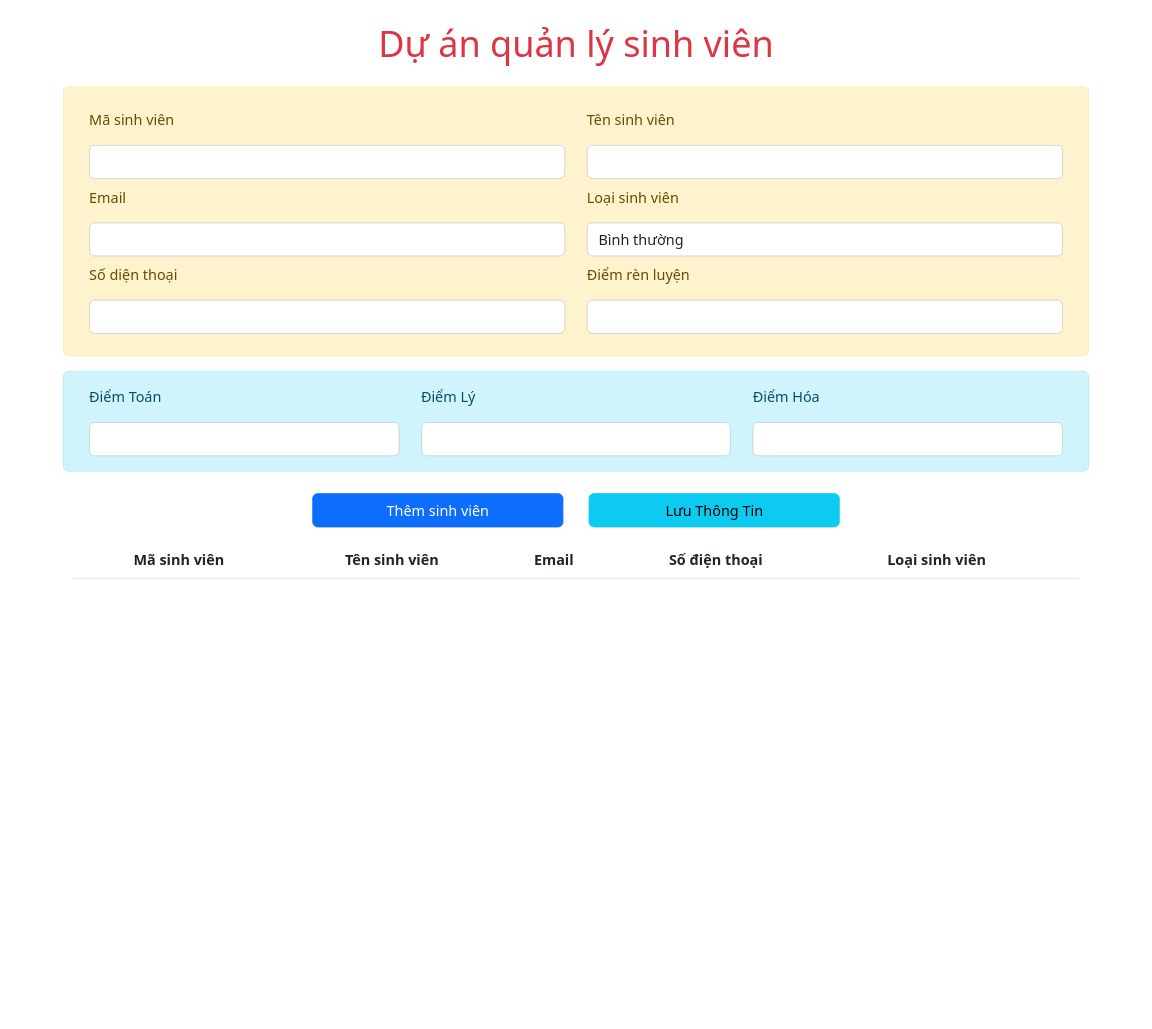
Repository: hcozyph/Cybersoft_JS_OOP
Page: index.html
An editor plug-in stored every save of this project. The page is shown before and after the next save, followed by the edit.
The browser window is 1280 px wide. The pictures show the whole page, at 90% of full size.

Above is the page before, as saved 2023-03-01 19:43:07.

### index.html
<!DOCTYPE html>
<html lang="en">
    <head>
        <title>Quản lý sinh viên</title>
        <!-- Required meta tags -->
        <meta charset="utf-8" />
        <meta
            name="viewport"
            content="width=device-width, initial-scale=1, shrink-to-fit=no"
        />

        <!-- Bootstrap CSS v5.2.1 -->
        <link
            href="https://cdn.jsdelivr.net/npm/bootstrap@5.2.1/dist/css/bootstrap.min.css"
            rel="stylesheet"
            integrity="sha384-iYQeCzEYFbKjA/T2uDLTpkwGzCiq6soy8tYaI1GyVh/UjpbCx/TYkiZhlZB6+fzT"
            crossorigin="anonymous"
        />

        <!-- index.css -->
        <link rel="stylesheet" href="./assets/styles/index.css" />
    </head>

    <body>
        <div class="container" style="margin-bottom: 500px">
            <div class="title">
                <h3 class="text-center fs-1 text-danger my-4">
                    Dự án quản lý sinh viên
                </h3>
            </div>

            <div class="content">
                <div class="row alert alert-warning">
                    <div class="col-md-6 col-lg-6">
                        <div class="form-group my-2">
                            <p>Mã sinh viên</p>
                            <input class="form-control" id="maSinhVien"></input>
                        </div>

                        <div class="form-group my-2">
                            <p>Email</p>
                            <input class="form-control" id="email"></input>
                        </div>

                        <div class="form-group my-2">
                            <p>Số diện thoại</p>
                            <input class="form-control" id="soDienThoai"></input>
                        </div>
                    </div>

                    <div class="col-md-6 col-lg-6">
                        <div class="form-group my-2">
                            <p>Tên sinh viên</p>
                            <input class="form-control" id="tenSinhVien"></input>
                        </div>

                        <div class="form-group my-2">
                            <p>Loại sinh viên</p>
                            <select class="form-control" id="loaiSinhVien">
                                <option value="Bình thường">Bình thường</option>
                                <option value="Khó khăn">Khó khăn</option>
                            </select>
                        </div>

                        <div class="form-group my-2">
                            <p>Điểm rèn luyện</p>
                            <input type="number" class="form-control" id="diemRenLuyen">
                        </div>
                    </div>
                </div>

                <div class="alert alert-info row mt-2">
                    <div class="col-md-4">
                        <p>Điểm Toán</p>
                        <input type="number" id="diemToan" class="form-control" >
                    </div>
                    <div class="col-md-4">
                        <p>Điểm Lý</p>
                        <input type="number" id="diemLy" class="form-control" >
                    </div>
                    <div class="col-md-4">
                        <p>Điểm Hóa</p>
                        <input type="number" id="diemHoa" class="form-control" >
                    </div>
                </div>

                <div class="my-2 text-center">
                    <button class="btn btn-primary my-2 w-25 w-lg-25" id="btnThemSinhVien">Thêm sinh viên</button>
                    <button class="btn btn-info w-25 ms-4" id="btnLuuThongTin">Lưu Thông Tin</button>
                </div>

                <table class="table mt-2">
                    <thead>
                        <tr style="    vertical-align: baseline; text-align: center;">
                            <th>Mã sinh viên</th>
                            <th>Tên sinh viên</th>
                            <th>Email</th>
                            <th>Số điện thoại</th>
                            <th>Loại sinh viên</th>
                            <th></th>
                        </tr>
                    </thead>

                    <tbody id="tblSinhVien">
                        <!-- <td>
                            <tr></tr>
                            <tr></tr>
                        </td> -->
                    </tbody>
                </table>

            </div>
        </div>

        <!-- Bootstrap JavaScript Libraries -->
        <script
            src="https://cdn.jsdelivr.net/npm/@popperjs/core@2.11.6/dist/umd/popper.min.js"
            integrity="sha384-oBqDVmMz9ATKxIep9tiCxS/Z9fNfEXiDAYTujMAeBAsjFuCZSmKbSSUnQlmh/jp3"
            crossorigin="anonymous"
        ></script>

        <script
            src="https://cdn.jsdelivr.net/npm/bootstrap@5.2.1/dist/js/bootstrap.min.js"
            integrity="sha384-7VPbUDkoPSGFnVtYi0QogXtr74QeVeeIs99Qfg5YCF+TidwNdjvaKZX19NZ/e6oz"
            crossorigin="anonymous"
        ></script>

        <!-- models -->
        <script src="./models/SinhVien.js"></script>

        <!-- controller js -->
        <script src="./controllers/js/index.js"></script>
    </body>
</html>

### models/SinhVien.js
///--Đặt tên file -- Chữ cái đầu tiên VIẾT HOA

//---Định nghĩa prototype SinhVien

function SinhVien() {
    //input: sv: SinhVien
    this.maSinhVien = '';
    this.email = '';
    this.soDienThoai = '';
    this.tenSinhVien = '';
    this.loaiSinhVien = '';
    this.diemRenLuyen = '';

    this.diemToan = '';
    this.diemLy = '';
    this.diemHoa = '';


}

### controllers/js/index.js
////----MÔ HÌNH MVC
/*
    M [model]       -- nơi chứa các file js là prototype (class)
    V [view]        -- nơi chứa các file giao diện (.html)
    C [controller]  -- các file điều hướng giao diện (index.html => index.js, qlsp.html => qlsp.js)

    ---------------------------------------------------

    util    -- chứa các file dùng chung cho dự án (ví dụ: các method sử dụng ở các dự án trước, hoặc libs [thư viện js] )
    assets  -- là folder chứa tài nguyên của hệ thống (img, audio, viddeo, css, font,...)

*/

function getEle(n) {
    return document.getElementById(n);
}

function querySelector(n) {
    return document.querySelector(n);
}
////////////////////

var mangSinhVien = [];

getEle('btnThemSinhVien').onclick = function () {
    //input: sinhVien: SinhVien
    var sv = new SinhVien();
    console.log(sv);

    sv.maSinhVien = querySelector('#maSinhVien').value;
    sv.tenSinhVien = querySelector('#tenSinhVien').value;
    sv.email = querySelector('#email').value;
    sv.soDienThoai = querySelector('#soDienThoai').value;

    sv.loaiSinhVien = querySelector('#loaiSinhVien').value;
    sv.diemRenLuyen = querySelector('#diemRenLuyen').value;

    sv.diemToan = querySelector('#diemToan').value;
    sv.diemLy = querySelector('#diemLy').value;
    sv.diemHoa = querySelector('#diemHoa').value;

    //output:
    //Mỗi lần click thêm sinh viên => thêm vào mảng 1 object
    mangSinhVien.push(sv);
    console.log('mảng sinh viên', mangSinhVien);

    //Từ mảng tạo ra giao diện
    renderTableSinhVien(mangSinhVien);

    //Lưu mảng sinh viên vào store
    luuLocalStorage();

}

///////////---LOCAL STORAGE---///////////


/*
Dùng để lưu trữ dữ liệu tại máy tính người Dùng
Khi tắt máy hoặc browser vẫn codn lưu

sessionStorage : dùng để lưu dữ liệu tại máy tính người dùng (client) tuy nhiên khi tắt tất cả tab của web đó thì tự xóa
*/



//JSON

///----- Viết 1 hàm lưu trữ dữ liệu vào local storage
function luuLocalStorage() {
    //Lưu mảng sinh viên vào localstorage

    //--STEP 1-- Biến đổi mangSinhVien thành String
    var stringMangSinhVien = JSON.stringify(mangSinhVien);

    //--STEP 2 -- Lưu vào storage
    localStorage.setItem('mangSinhVien', stringMangSinhVien);

}

///-- Lấy store
function layStore() {

    if (localStorage.getItem('mangSinhVien')) {
        var stringMangSinhVien = localStorage.getItem('mangSinhVien');
        console.log(stringMangSinhVien);

        //Chuyển dữ liệu string về dạng object
        mangSinhVien = JSON.parse(stringMangSinhVien);

        console.log(mangSinhVien);

        //Gọi hàm tạo giao diện từ mảng -- LƯU CACHE
        renderTableSinhVien(mangSinhVien);
    }
}

layStore();

















/////////---------CÁCH 2 : LẬP TRÌNH HƯỚNG ĐỐI TƯỢNG----------//////
function renderTableSinhVien(arrSinhVien) {
    //input là mangSinhVien = [{maSinhVien:1,tenSinhViwn:'A'},{maSinhVien:2,tenSinhViwn:'B'},]
    var htmlString = '';

    for (var index = 0; index < arrSinhVien.length; index++) {
        var sv = arrSinhVien[index];
        htmlString += `
            <tr class=text-center>
                <td>${sv.maSinhVien}</td>
                <td>${sv.tenSinhVien}</td>
                <td>${sv.email}</td>
                <td>${sv.soDienThoai}</td>
                <td>${sv.loaiSinhVien}</td>
                <td>
                <button class="btn btn-danger" onclick="xoaSinhVien('${index}')">Xóa</button>
                <button class="btn btn-danger" onclick="xoaSinhVienTheoMa('${sv.maSinhVien}')">Xóa theo mã</button>
                <button class="btn btn-info mx-2">Chỉnh sửa</button>
                </td>
            </tr>
        `
    }

    document.querySelector('tbody').innerHTML = htmlString;
    return htmlString; ///'<tr>....</tr>'
}

//mangSinhVien.splice(index,1)
function xoaSinhVien(index) {
    // alert(indexDel,1);
    ///Xử lý xóa object sinh viên trên mảng dauwj vào index
    mangSinhVien.splice(index, 1);
    //Gọi hàm tạo lại table sinh viên
    renderTableSinhVien(mangSinhVien);
}

///NÊN dùng xóa theo mã để tránh trường hợp tách trang bị conflict
function xoaSinhVienTheoMa(maSVClick) {
    // alert(maSVClick);
    var indeDel = -1;
    for (var index = 0; index < mangSinhVien.length; index++) {
        if (mangSinhVien[index].maSinhVien === maSVClick) {
            indeDel = index;
            break;
        }
    }

    //Xóa đi sinh viên tại vị trí đó trong mảng
    mangSinhVien.splice(indeDel, 1);

    //Tạo lại bảng table Sinh Viên
    renderTableSinhVien(mangSinhVien);
}
//////--END-------CÁCH 2 : LẬP TRÌNH HƯỚNG ĐỐI TƯỢNG---///////




/*
    /////////---------CÁCH 2 : LẬP TRÌNH HƯỚNG ĐỐI TƯỢNG----------/////
var htmlString = `
    <tr>
        <td>${sv.maSinhVien}</td>
        <td>${sv.tenSinhVien}</td>
        <td>${sv.email}</td>
        <td>${sv.soDienThoai}</td>
        <td>${sv.loaiSinhVien}</td>
        <td>
            <button class="btn btn-danger">Xóa</button>
        </td>
    </tr>
`;

querySelector('tbody').innerHTML += htmlString;
*/



/////////---------CÁCH 1 : LẬP TRÌNH HƯỚNG GIAO DIỆN----------/////
// //--Step 1: tạo thẻ tr
// var tr = document.createElement('tr');

// //--Step 2: tạo ra các thẻ td từ sv (thông tin sinh viên)
// var tdMaSv = document.createElement('td');
// tdMaSv.innerHTML = sv.maSinhVien;
// var tdTenSinhVien = document.createElement('td');
// tdTenSinhVien.innerHTML = sv.tenSinhVien;
// var tdEmail = document.createElement('td');
// tdEmail.innerHTML = sv.email;


// var tdLoaiSinhVien = document.createElement('td');
// tdLoaiSinhVien.innerHTML = sv.loaiSinhVien;
// var tdSoDienThoai = document.createElement('td');
// tdSoDienThoai.innerHTML = sv.soDienThoai;
// var tdDiemRenLuyen = document.createElement('td');
// tdDiemRenLuyen.innerHTML = sv.diemRenLuyen;


// var tdDiemToan = document.createElement('td');
// tdDiemToan.innerHTML = sv.diemToan;
// var tdDiemLy = document.createElement('td');
// tdDiemLy.innerHTML = sv.diemLy;
// var tdDiemHoa = document.createElement('td');
// tdDiemHoa.innerHTML = sv.diemHoa;

// /////------btnXoa
// var btnXoa = document.createElement('button');
// btnXoa.className = 'btn btn-danger';
// btnXoa.innerHTML = 'Xóa';
// btnXoa.onclick = function () {
//     //Xóa đi thẻ tr chứa nút này
//     //parentElement: node(thẻ) cha của thẻ đó

//     //----remove(): xóa thẻ
//     // btnXoa.parentElement.parentElement.remove();----

//     //closest(selector): truy xuất đến selector gần nhất
//     btnXoa.closest('tr').remove();
// }

// var tdChucNang = document.createElement('td');
// tdChucNang.appendChild(btnXoa);
// /////End------btnXoa


// //----ĐƯA CÁC THẺ TD VÀO TR
// tr.appendChild(tdMaSv);
// tr.appendChild(tdTenSinhVien);
// tr.appendChild(tdEmail);

// tr.appendChild(tdSoDienThoai);
// tr.appendChild(tdLoaiSinhVien);
// // tr.appendChild(tdDiemRenLuyen);

// // tr.appendChild(tdDiemToan);
// // tr.appendChild(tdDiemLy);
// // tr.appendChild(tdDiemHoa);

// tr.appendChild(tdChucNang);

// //Đưa thẻ tr lên giao diện
// querySelector('tbody').appendChild(tr);

Loaded but not shown: assets/styles/index.css (no stored copy; drawn as an empty file)

After the next save:
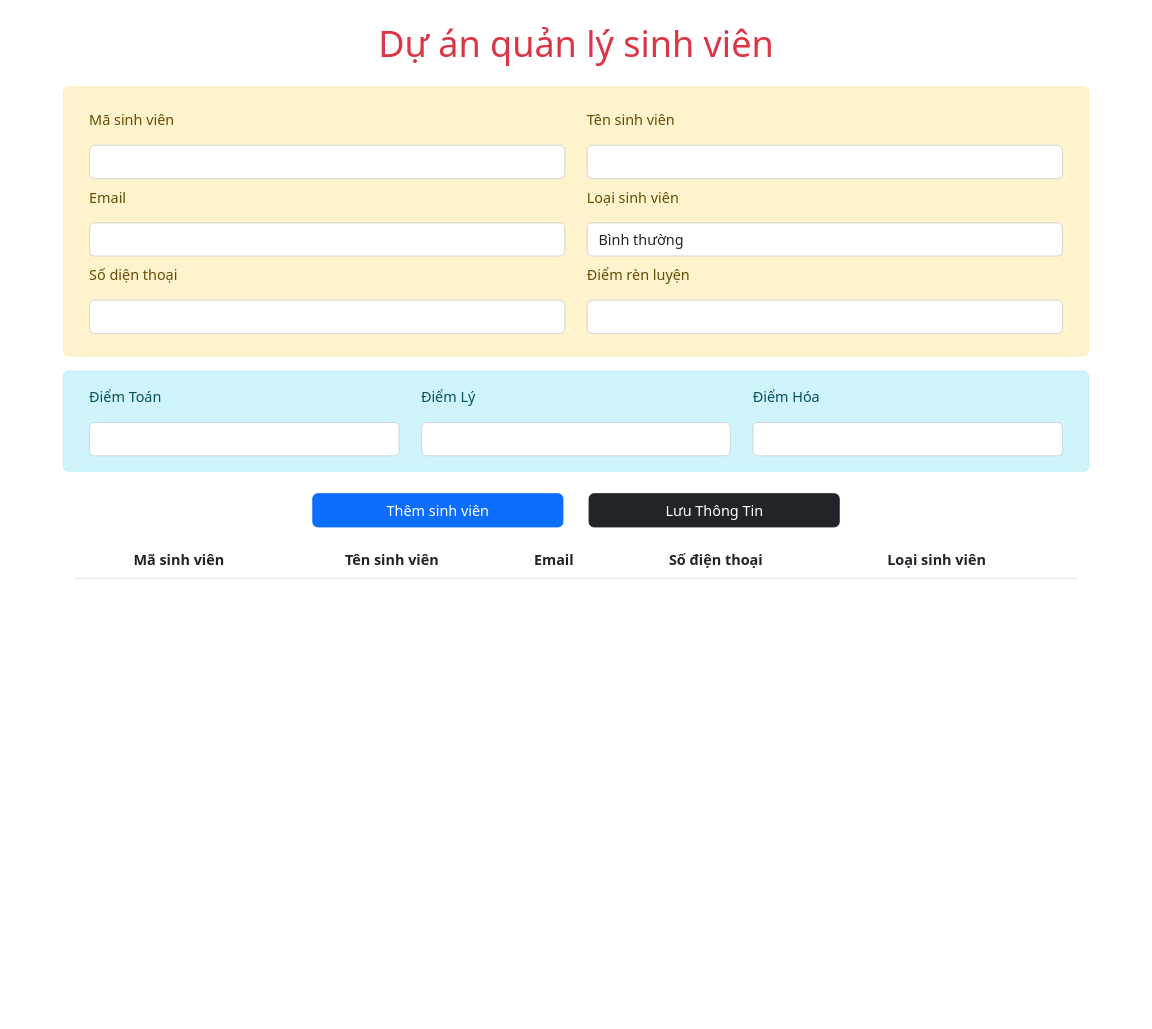
Saved 13 s later.
--- a/index.html
+++ b/index.html
@@ -86,7 +86,7 @@
 
                 <div class="my-2 text-center">
                     <button class="btn btn-primary my-2 w-25 w-lg-25" id="btnThemSinhVien">Thêm sinh viên</button>
-                    <button class="btn btn-info w-25 ms-4" id="btnLuuThongTin">Lưu Thông Tin</button>
+                    <button class="btn btn-dark w-25 ms-4" id="btnLuuThongTin">Lưu Thông Tin</button>
                 </div>
 
                 <table class="table mt-2">
